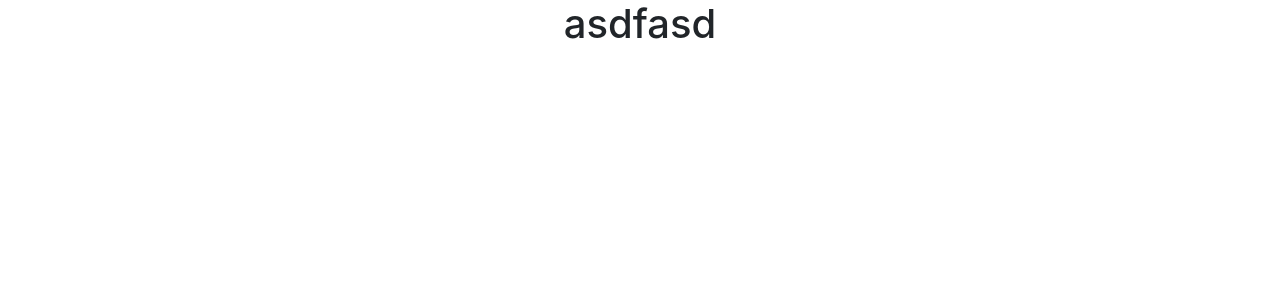
Repository: shankaraswal/react-multiple-ex
Page: /
These files come from the project's save history. The page is drawn as it stood at one moment and after the next save; the edit follows.
The browser window is 1280 px wide. The pictures show the whole page.
The project was rebuilt for these pictures with package versions that can differ from the ones it lists, and the page was loaded fresh each time.

Above is the page before, as saved 2020-02-04 17:16:02.

After the next save:
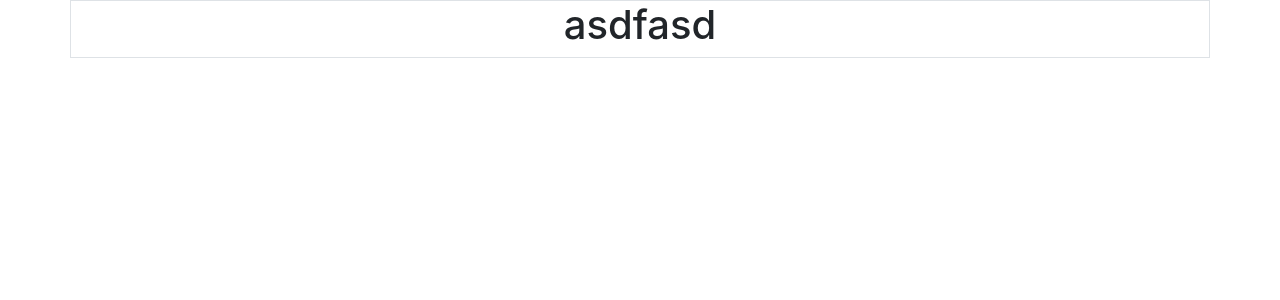
Saved 5 s later.
--- a/src/App.js
+++ b/src/App.js
@@ -4,7 +4,7 @@ import './App.css';
 
 function App() {
   return (
-    <div className="App container">
+    <div className="App container border ">
       <h1>asdfasd</h1>
     </div>
   );
